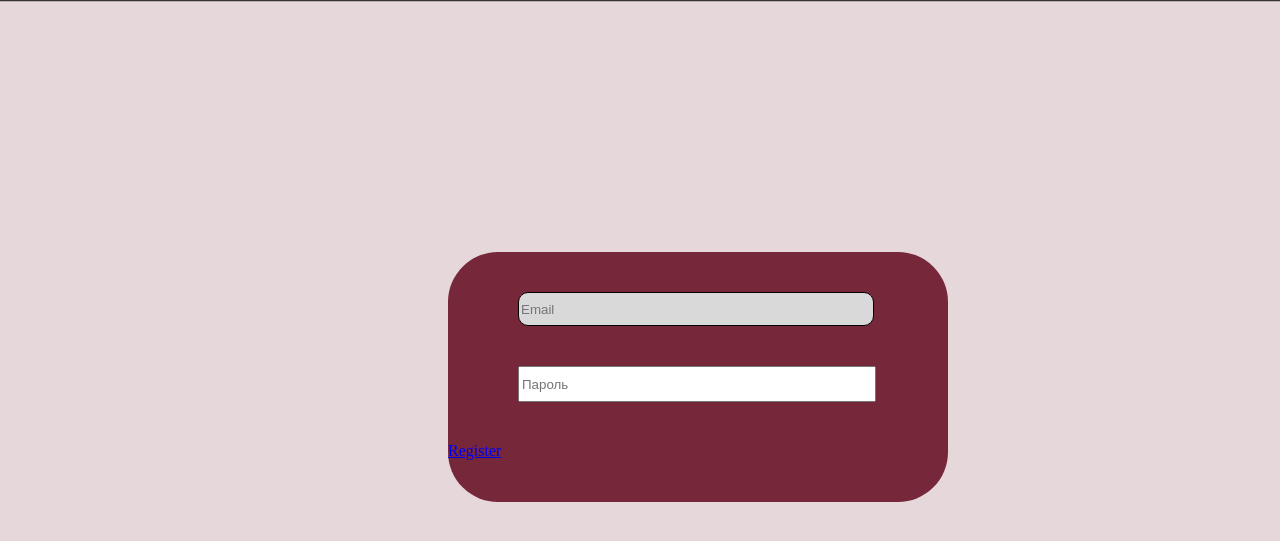
Repository: Kotya2001/FuzzyOps-App
Page: /login (app in frontend/my-app/)
These files come from the project's save history. The page is drawn as it stood at one moment and after the next save; the edit follows.
The browser window is 1280 px wide. The pictures show the whole page.
The project was rebuilt for these pictures with package versions that can differ from the ones it lists, and the page was loaded fresh each time. Also part of the build but not shown: frontend/my-app/src/pages/Item.js, frontend/my-app/src/pages/Base.js, frontend/my-app/src/pages/Resources.js, frontend/my-app/src/pages/Register.js.

Above is the page before, as saved 2022-09-18 17:50:00.

### frontend/my-app/public/index.html
<!DOCTYPE html>
<html lang="en">
  <head>
    <meta charset="utf-8" />
    <link rel="icon" href="../img/logotype.ico" />
    <meta name="viewport" content="width=device-width, initial-scale=1" />
    <meta name="theme-color" content="#000000" />
    <meta
      name="description"
      content="Web site created using create-react-app"
    />
    <!--
      manifest.json provides metadata used when your web app is installed on a
      user's mobile device or desktop. See https://developers.google.com/web/fundamentals/web-app-manifest/
    -->
    <link rel="manifest" href="%PUBLIC_URL%/manifest.json" />
    <!--
      Notice the use of %PUBLIC_URL% in the tags above.
      It will be replaced with the URL of the `public` folder during the build.
      Only files inside the `public` folder can be referenced from the HTML.

      Unlike "/favicon.ico" or "favicon.ico", "%PUBLIC_URL%/favicon.ico" will
      work correctly both with client-side routing and a non-root public URL.
      Learn how to configure a non-root public URL by running `npm run build`.
    -->
    <title>FuzzyOps</title>
  </head>
  <body>
    <noscript>You need to enable JavaScript to run this app.</noscript>
    <div id="root"></div>
    <!--
      This HTML file is a template.
      If you open it directly in the browser, you will see an empty page.

      You can add webfonts, meta tags, or analytics to this file.
      The build step will place the bundled scripts into the <body> tag.

      To begin the development, run `npm start` or `yarn start`.
      To create a production bundle, use `npm run build` or `yarn build`.
    -->
  </body>
</html>

### frontend/my-app/src/index.js
import React from 'react';
import ReactDOM from 'react-dom/client';
import App from './App';
import reportWebVitals from './reportWebVitals';
// import './firebase';


const root = ReactDOM.createRoot(document.getElementById('root'));
root.render(
  <React.StrictMode>
    <App />
  </React.StrictMode>
);

// If you want to start measuring performance in your app, pass a function
// to log results (for example: reportWebVitals(console.log))
// or send to an analytics endpoint. Learn more: https://bit.ly/CRA-vitals
reportWebVitals();

### frontend/my-app/src/App.js
import Base from './pages/Base';
import Login from './pages/Login';
import Resources from './pages/Resources';
import Register from './pages/Register';
import { BrowserRouter as Router} from 'react-router-dom';
import { Route, Routes } from 'react-router-dom';
import { Provider } from 'react-redux';




const App = () => {
    return (
        <Router>
            <div>
                <Routes>
                    <Route path='/' element={<Base/>}/>
                    <Route path='/register' element={<Register/>}/>
                    <Route path='/login' element={<Login/>}/>
                    <Route path='/resources' element={<Resources/>}/>
                </Routes>
            </div>
        </Router>

    )
}

export default App;

### frontend/my-app/src/pages/Login.js
import React, { Component } from "react";
import { Link } from "react-router-dom";

// import '../src/Styles.css';

export default class Login extends Component {
    render() {
        return (
            <div className="inputForm">
                <input type="text" placeholder="Email" className="type-1"/>
                <input type="text" placeholder="Пароль"/>
                <p>
                    <Link to='/register'>Register</Link>
                </p>
            </div>
        )
    }
}

### frontend/my-app/src/Styles.css
body {
  background-image: url("../src/img/BG.png");

}

.wrapper {
  max-width: 1440px;
  padding-left: 40px;
  padding-right: 40px;
  margin: 0 auto;
}

.header {
  display: flex;
  justify-content: space-between;
  align-items: center;

}

.name {
  font-family: "Rounded Mplus 1c ExtraBold";
  font-size: 48px;
}


.nav {
  display: flex;
  justify-content: center;
  list-style-type: none;
  padding-left: 0;
}

.buttons button {
  background-color: #D48396;
  border: none;
  text-align: center;
  width: 180px;
  height: 60px;
  border-radius: 30px;
  padding: 10px 20px;
  margin-right: 30px;
  margin-top: 10px;
  text-decoration: none;
  color: #000000;
  font-family: "Rounded Mplus 1c Medium";
  font-size: 24px;
}

.buttons button:hover {
  transform: scale(1.15);
  transition: transform 0.25s;
}


.description {
  padding-top: 70px;
  padding-bottom: 70px;
  padding-left: 60px;
}

.title  {
  font-family: "Rounded Mplus 1c Medium";
  font-size: 36px;
  line-height: 0.4;
}


.caption {
  font-family: "Rounded Mplus 1c Medium";
  font-size: 22px;
  color: #CDADAD;
  line-height: 0.3;
}

.start {
  background-color: #D9D9D9;
  border: 3px #000000;
  text-align: center;
  width: 300px;
  height: 60px;
  border-radius: 20px;
  color: #000000;
  font-family: "Rounded Mplus 1c Medium";
  font-size: 22px;
}


/* hide disabled buttons */
.rec.rec-arrow:disabled {
  visibility: hidden;
}

/* disable default outline on focused items */
/* add custom outline on focused items */
.rec-carousel-item:focus {
  outline: none;
  box-shadow: inset 0 0 1px 1px lightgrey;
}

.inputForm {
  background: #77273A;
  width: 500px;
  height: 250px;
  border-radius: 50px;
  position: absolute;
  left: 35%;
  top: 35%;
}

input {
  display:block;
  width: 350px;
  height: 30px;
  margin: 40px 0;
  margin-left: 70px;
}

.type-1 {
  border-radius:10px;
  background: #D9D9D9;
  border: 1px solid #000000;
  transition: .3s border-color;
}

@font-face {
  font-family: "Rounded Mplus 1c ExtraBold";
  src: url("../src/fonts/MPLUSRounded1c-ExtraBold.ttf");
  font-style: normal;
  font-weight: normal;
}

@font-face {
  font-family: "Rounded Mplus 1c Medium";
  src: url("../src/fonts/MPLUSRounded1c-Medium.ttf");
  font-style: normal;
  font-weight: normal;
}

Loaded but not shown: frontend/my-app/src/reportWebVitals.js (common file)

After the next save:
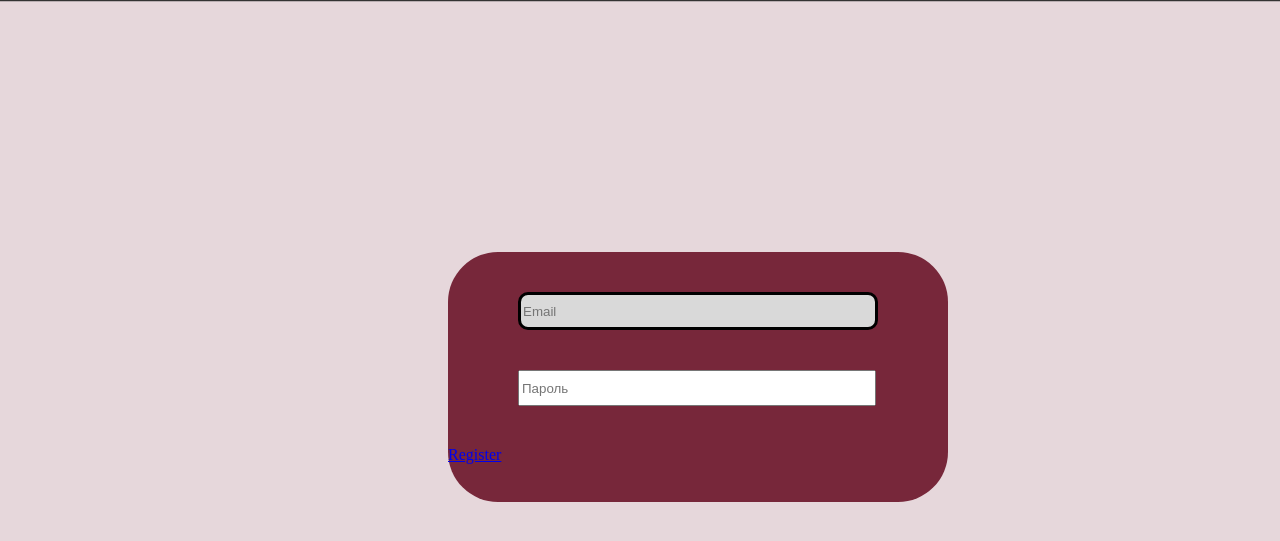
Saved 12 s later.
--- a/frontend/my-app/src/Styles.css
+++ b/frontend/my-app/src/Styles.css
@@ -118,7 +118,7 @@ input {
 .type-1 {
   border-radius:10px;
   background: #D9D9D9;
-  border: 1px solid #000000;
+  border: 3px solid #000000;
   transition: .3s border-color;
 }
 
